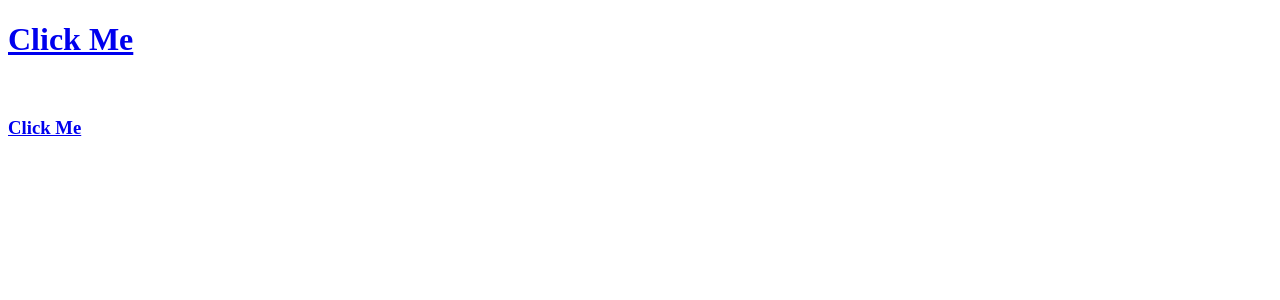
Repository: anik3395/JavaServletProjects
Page: eclipse-workspace/WebXmlDemo1/src/main/webapp/index.html
An editor plug-in stored every save of this project. The page is shown before and after the next save, followed by the edit.
The browser window is 1280 px wide. The pictures show the whole page.

Above is the page before, as saved 2024-10-20 11:06:05.

### eclipse-workspace/WebXmlDemo1/src/main/webapp/index.html
<!DOCTYPE html>
<html>
<head>
<meta charset="UTF-8">
<title>Insert title here</title>
</head>
<body>
  <h1 ><a href="mylogin">Click Me</a></h1>  <br/>
   <h3><a href="myregister">Click Me</a></h3> <br/>
</body>
</html>

After the next save:
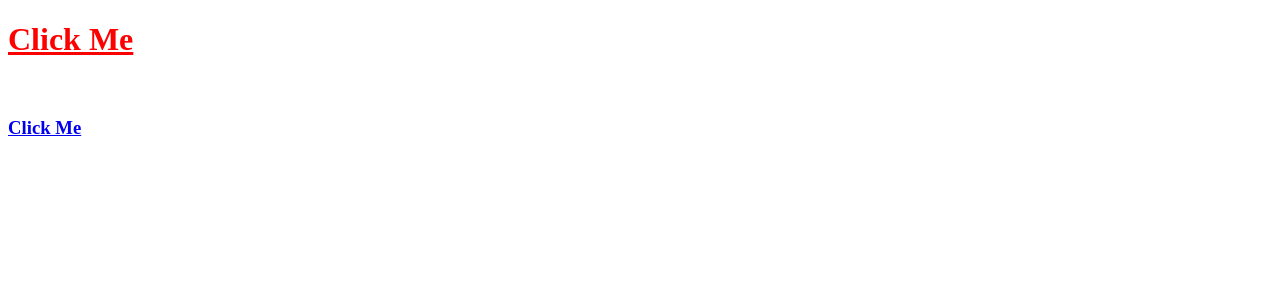
Saved 46 s later.
--- a/eclipse-workspace/WebXmlDemo1/src/main/webapp/index.html
+++ b/eclipse-workspace/WebXmlDemo1/src/main/webapp/index.html
@@ -5,7 +5,7 @@
 <title>Insert title here</title>
 </head>
 <body>
-  <h1 ><a href="mylogin">Click Me</a></h1>  <br/>
+  <h1 ><a style="color:red;" href="mylogin">Click Me</a></h1>  <br/>
    <h3><a href="myregister">Click Me</a></h3> <br/>
 </body>
 </html>
